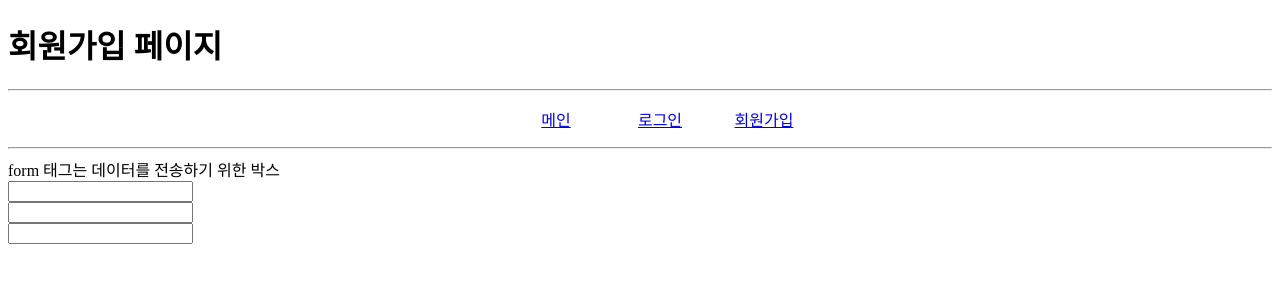
Repository: design-view/jsp-work
Page: http://localhost/cos/join.jsp
These files come from the project's save history. The page is drawn as it stood at one moment and after the next save; the edit follows.
The browser window is 1280 px wide. The pictures show the whole page.
The page is served by Tomcat 9. Other server files are loaded and not shown.

Above is the page before, as saved 2020-08-22 02:49:50.

### cos/WebContent/join.jsp
<%@ page language="java" contentType="text/html; charset=UTF-8"
    pageEncoding="UTF-8"%>
<!DOCTYPE html>
<html>
<head>
<meta charset="UTF-8">
<title>회원가입 페이지</title>
<style>
	ul {
		text-align: center;
	}
	li { display: inline-block; width: 100px;  }
</style>
</head>
<body>
	<h1>회원가입 페이지</h1>
	<hr/>
	<ul>
		<li><a href="main.jsp">메인</a></li>
		<li><a href="login.jsp">로그인</a></li>
		<li><a href="join.jsp">회원가입</a></li>
	</ul>
	<hr/>
	form 태그는 데이터를 전송하기 위한 박스
	<form>
		<input type="text" name="username" plasceholder="username" /><br/>
		<input type="password" name="password" /><br/>
		<input type="email" name="email" /><br/>
	</form>
</body>
</html>

After the next save:
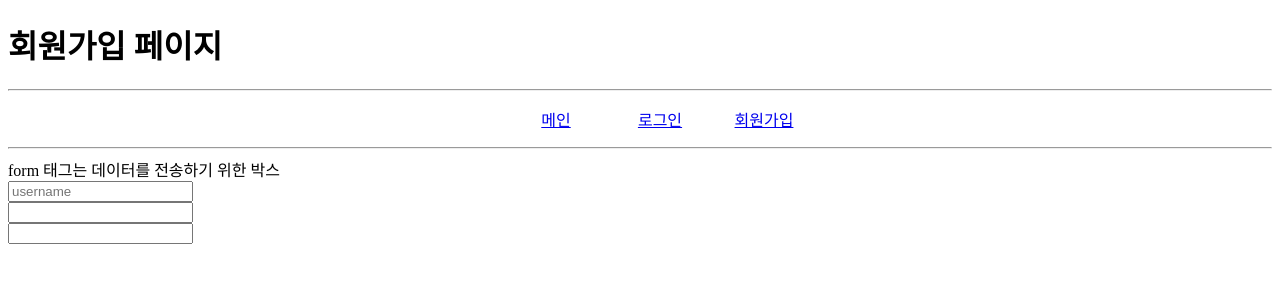
Saved 14 s later.
--- a/cos/WebContent/join.jsp
+++ b/cos/WebContent/join.jsp
@@ -23,7 +23,7 @@
 	<hr/>
 	form 태그는 데이터를 전송하기 위한 박스
 	<form>
-		<input type="text" name="username" plasceholder="username" /><br/>
+		<input type="text" name="username" placeholder="username" /><br/>
 		<input type="password" name="password" /><br/>
 		<input type="email" name="email" /><br/>
 	</form>
